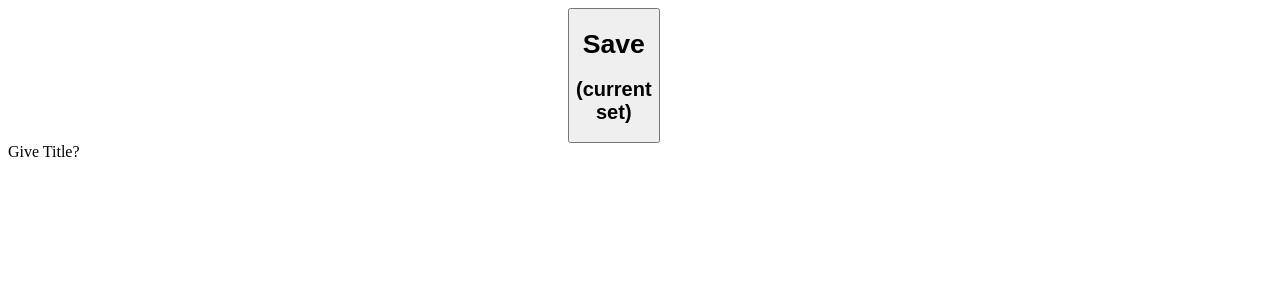
Repository: pixman92/GitTab
Page: popup.html
An editor plug-in stored every save of this project. The page is shown before and after a run of saves, followed by the edit.
The browser window is 1280 px wide. The pictures show the whole page.

Above is the page before, as saved 2020-01-24 13:34:26.

After the next 2 saves:
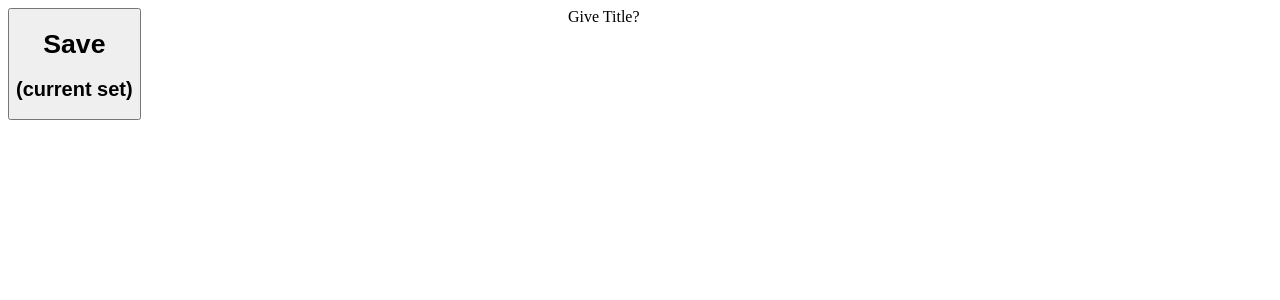
The 2 saves are shown as one change because they came seconds apart.
The last was saved 10 s later.
--- a/popup.html
+++ b/popup.html
@@ -28,12 +28,11 @@ showing the different commands -->
 <body>
         <div class="grid1">
             <div>
+                <button id="back"><span>
 
+                    <h1>Save</h1><h2>(current set)</h2>
+                </span></button>
             </div>
-            <button id="back"><span>
-
-                <h1>Save</h1><h2>(current set)</h2>
-            </span></button>
             <div class="grid2">
                 Give Title?
             </div>
